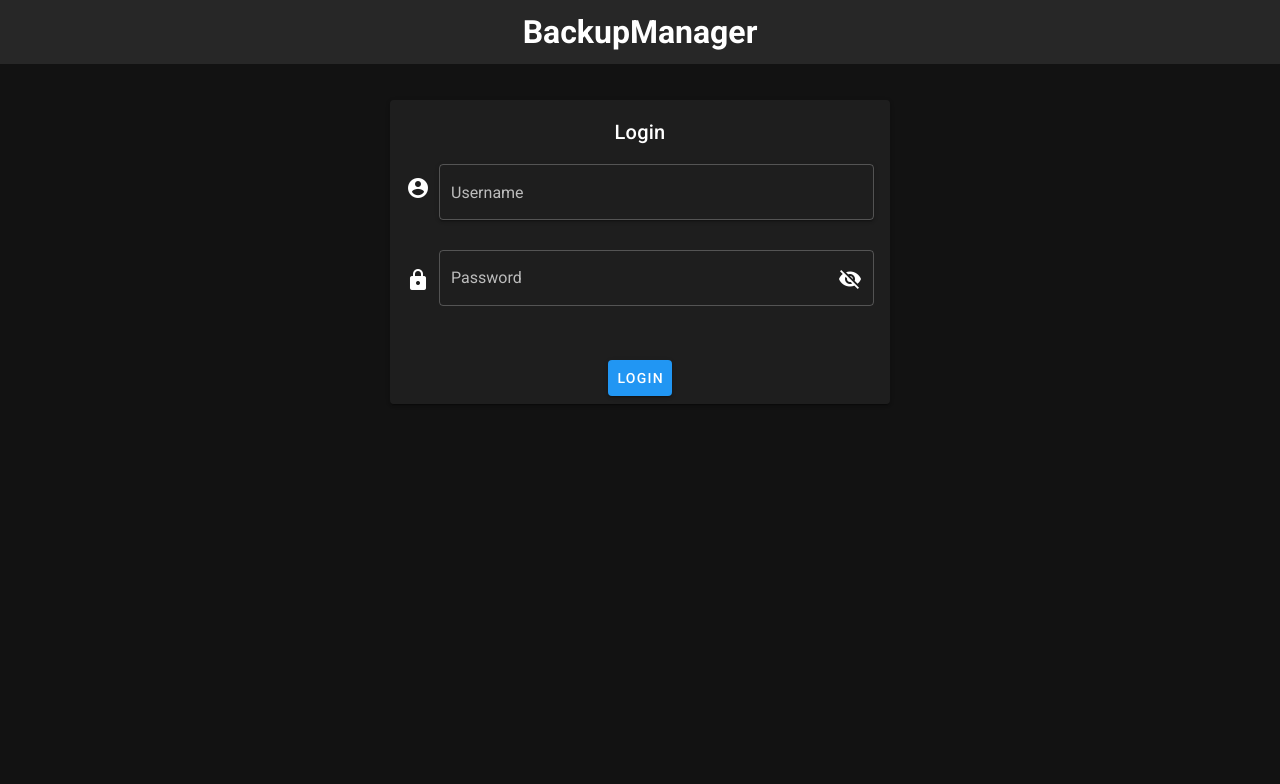
Repository: Erik966/Backup-Manager-Frontend
Page: /
An editor plug-in stored every save of this project. The page is shown before and after the next save, followed by the edit.
The browser window is 1280 px wide. The pictures show the whole page.
The project was rebuilt for these pictures with package versions that can differ from the ones it lists, and the page was loaded fresh each time. Also part of the build but not shown: vue.config.js, src/components/Navigation.vue, src/views/secure.vue, src/components/Settings.vue, src/views/settings.vue.

Above is the page before, as saved 2023-01-17 00:48:27.

After the next save:
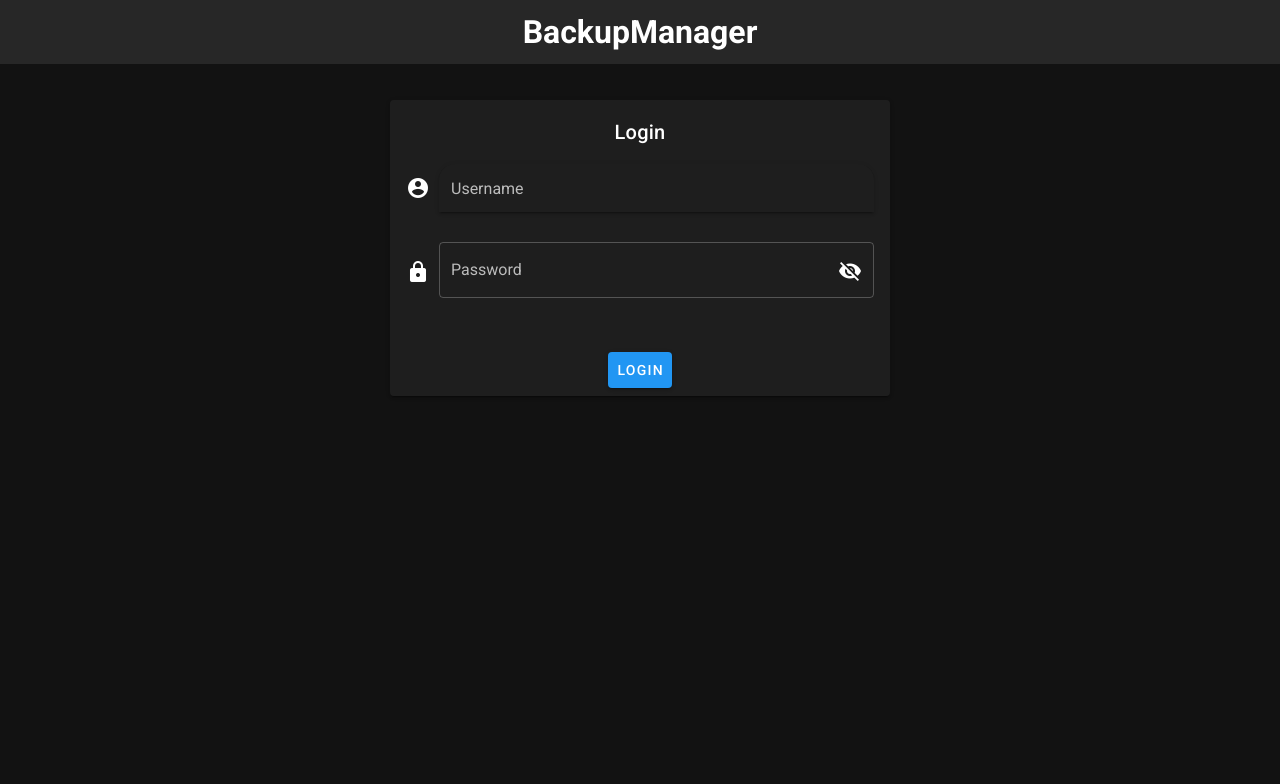
Saved 41 s later.
--- a/src/components/Login.vue
+++ b/src/components/Login.vue
@@ -13,7 +13,7 @@
         <v-card-title class="justify-center">Login</v-card-title>
 
         <v-card-text>
-          <v-text-field solo outlined v-model="username" label="Username" prepend-icon="mdi-account-circle"/>
+          <v-text-field solo shaped v-model="username" label="Username" prepend-icon="mdi-account-circle"/>
           <v-text-field
           outlined
           v-model="password"
